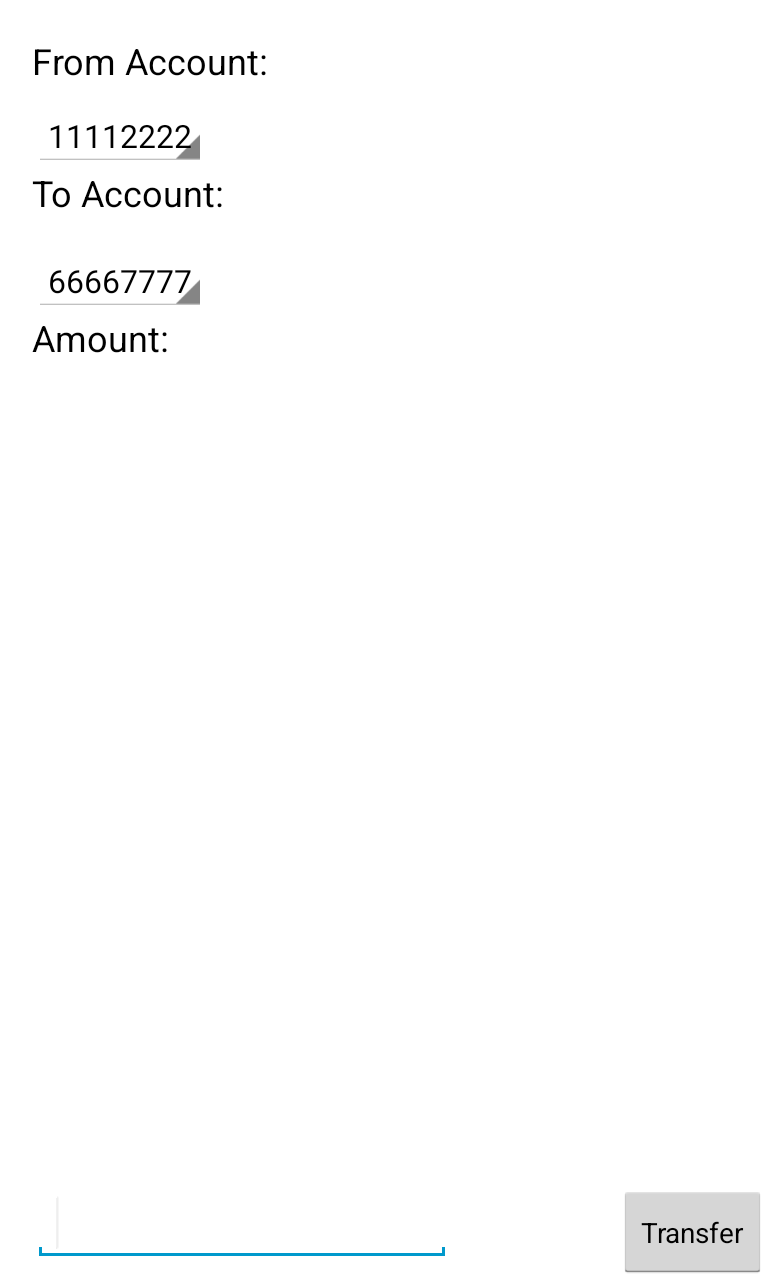
Repository: chaneyjd/android
Layout: amqtt/res/layout/activity_transfer.xml
An editor plug-in stored every save of this project. The layout is shown before and after the next save, followed by the edit.
It is drawn on a 768 x 1280 px phone screen (xhdpi) without system bars, with theme AppTheme; the app's code is not run.

Above is the layout before, as saved 2014-05-06 17:59:46.

After the next save:
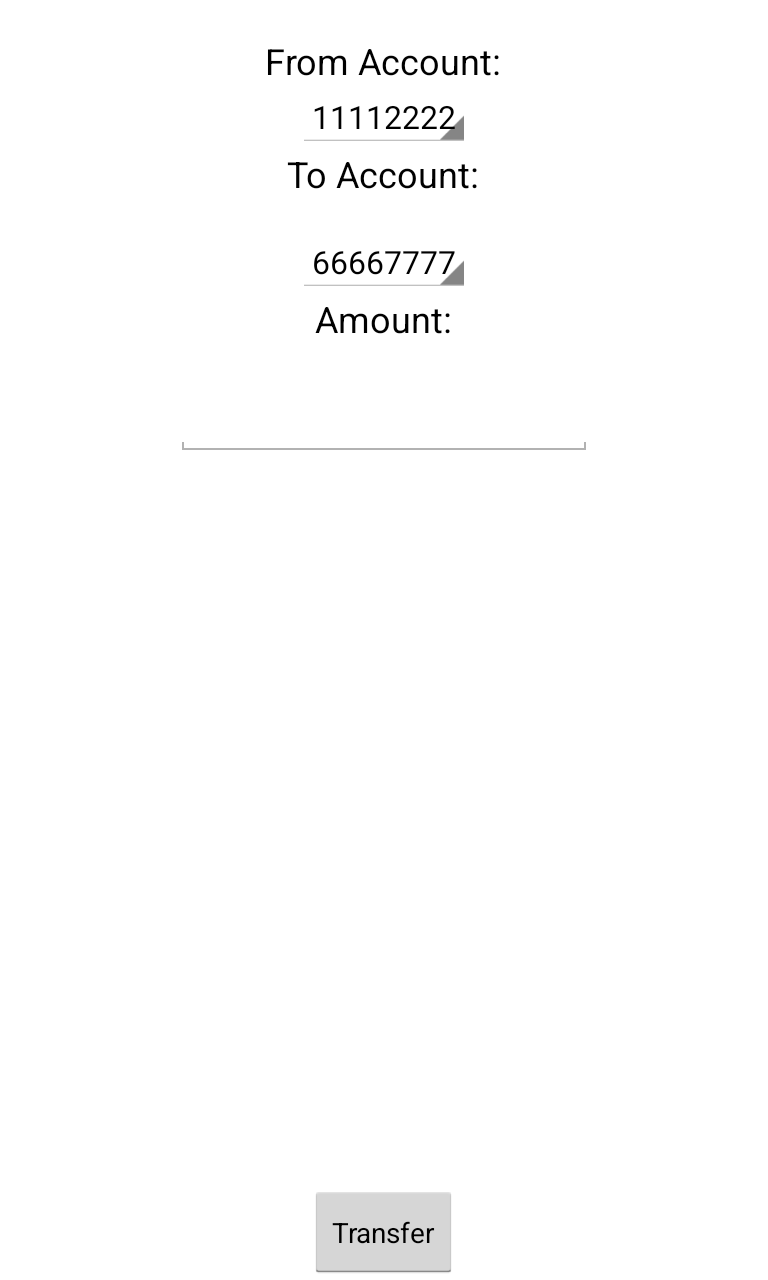
Saved 3 min 54 s later.
--- a/amqtt/res/layout/activity_transfer.xml
+++ b/amqtt/res/layout/activity_transfer.xml
@@ -5,22 +5,30 @@
     android:paddingLeft="@dimen/activity_horizontal_margin"
     tools:context=".TransferActivity" >
 
+    <TextView
+        android:id="@+id/textView1"
+        android:layout_width="wrap_content"
+        android:layout_height="wrap_content"
+        android:layout_alignParentTop="true"
+        android:layout_centerHorizontal="true"
+        android:layout_marginTop="18dp"
+        android:text="From Account:"
+        android:textAppearance="?android:attr/textAppearanceMedium" />
+
     <Spinner
         android:id="@+id/spinner1"
         android:layout_width="wrap_content"
         android:layout_height="wrap_content"
-        android:layout_alignParentLeft="true"
+        android:layout_below="@+id/textView1"
         android:layout_centerHorizontal="true"
-        android:layout_marginTop="52dp"
         android:entries="@array/From_Account" />
 
     <TextView
         android:id="@+id/textView2"
         android:layout_width="wrap_content"
         android:layout_height="wrap_content"
-        android:layout_alignParentLeft="true"
-        android:layout_alignParentTop="false"
         android:layout_below="@+id/spinner1"
+        android:layout_centerHorizontal="true"
         android:text="To Account:"
         android:textAppearance="?android:attr/textAppearanceMedium" />
 
@@ -29,7 +37,6 @@
         android:layout_width="wrap_content"
         android:layout_height="wrap_content"
         android:layout_alignLeft="@+id/spinner1"
-        android:layout_alignParentLeft="true"
         android:layout_below="@+id/textView2"
         android:layout_marginTop="16dp"
         android:entries="@array/To_Account" />
@@ -38,11 +45,8 @@
         android:id="@+id/textView3"
         android:layout_width="wrap_content"
         android:layout_height="wrap_content"
-        android:layout_above="@+id/button2"
-        android:layout_alignLeft="@+id/spinner2"
-        android:layout_alignParentLeft="true"
-        android:layout_alignRight="@+id/textView1"
         android:layout_below="@+id/spinner2"
+        android:layout_centerHorizontal="true"
         android:text="Amount:"
         android:textAppearance="?android:attr/textAppearanceMedium" />
 
@@ -50,13 +54,10 @@
         android:id="@+id/editText1"
         android:layout_width="wrap_content"
         android:layout_height="wrap_content"
-        android:layout_alignLeft="@+id/textView3"
-        android:layout_alignParentLeft="true"
         android:layout_below="@+id/textView3"
-        android:ems="10" >
-
-        <requestFocus />
-    </EditText>
+        android:layout_centerHorizontal="true"
+        android:layout_marginTop="18dp"
+        android:ems="10" />
 
     <Button
         android:id="@+id/button2"
@@ -64,19 +65,8 @@
         android:layout_width="wrap_content"
         android:layout_height="wrap_content"
         android:layout_alignParentBottom="true"
-        android:layout_alignParentRight="true"
+        android:layout_centerHorizontal="true"
         android:onClick="transfer"
         android:text="Transfer" />
 
-    <TextView
-        android:id="@+id/textView1"
-        android:layout_width="wrap_content"
-        android:layout_height="wrap_content"
-        android:layout_alignLeft="@+id/spinner1"
-        android:layout_alignParentLeft="true"
-        android:layout_alignParentTop="true"
-        android:layout_marginTop="18dp"
-        android:text="From Account:"
-        android:textAppearance="?android:attr/textAppearanceMedium" />
-
 </RelativeLayout>
